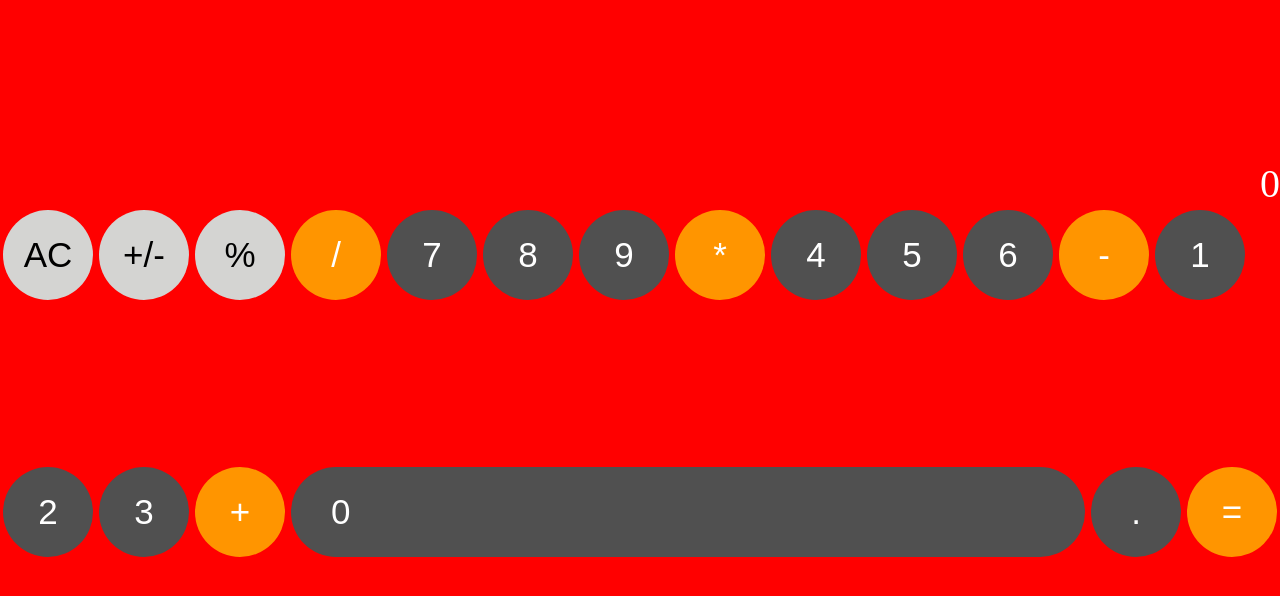
Repository: Sukhvir-Grewal/Calculator
Page: index.html
An editor plug-in stored every save of this project. The page is shown before and after the next save, followed by the edit.
The browser window is 1280 px wide. The pictures show the whole page.

Above is the page before, as saved 2023-12-07 12:59:12.

After the next save:
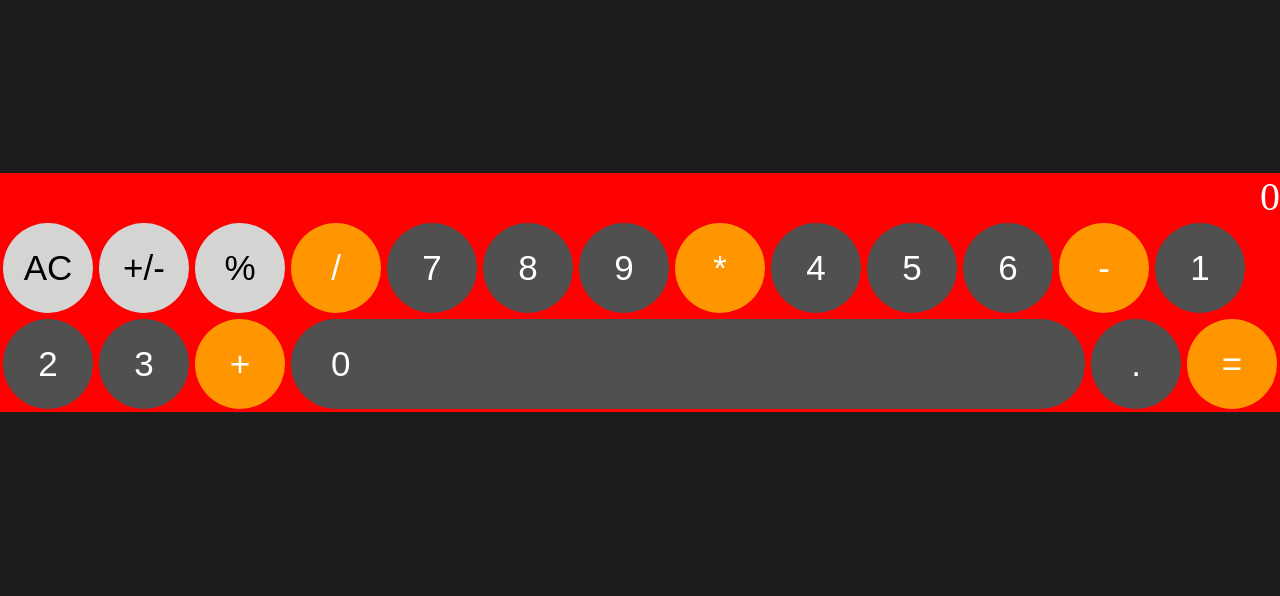
Saved 12 s later.
--- a/index.css
+++ b/index.css
@@ -19,8 +19,8 @@
     display: flex;
     flex-wrap: wrap;
     background-color: red;
-    height: 100dvh;
-    margin-top: ;
+    /* height: 100dvh; */
+    margin-top: 24vh;
 }
 button {
     width: 90px;
